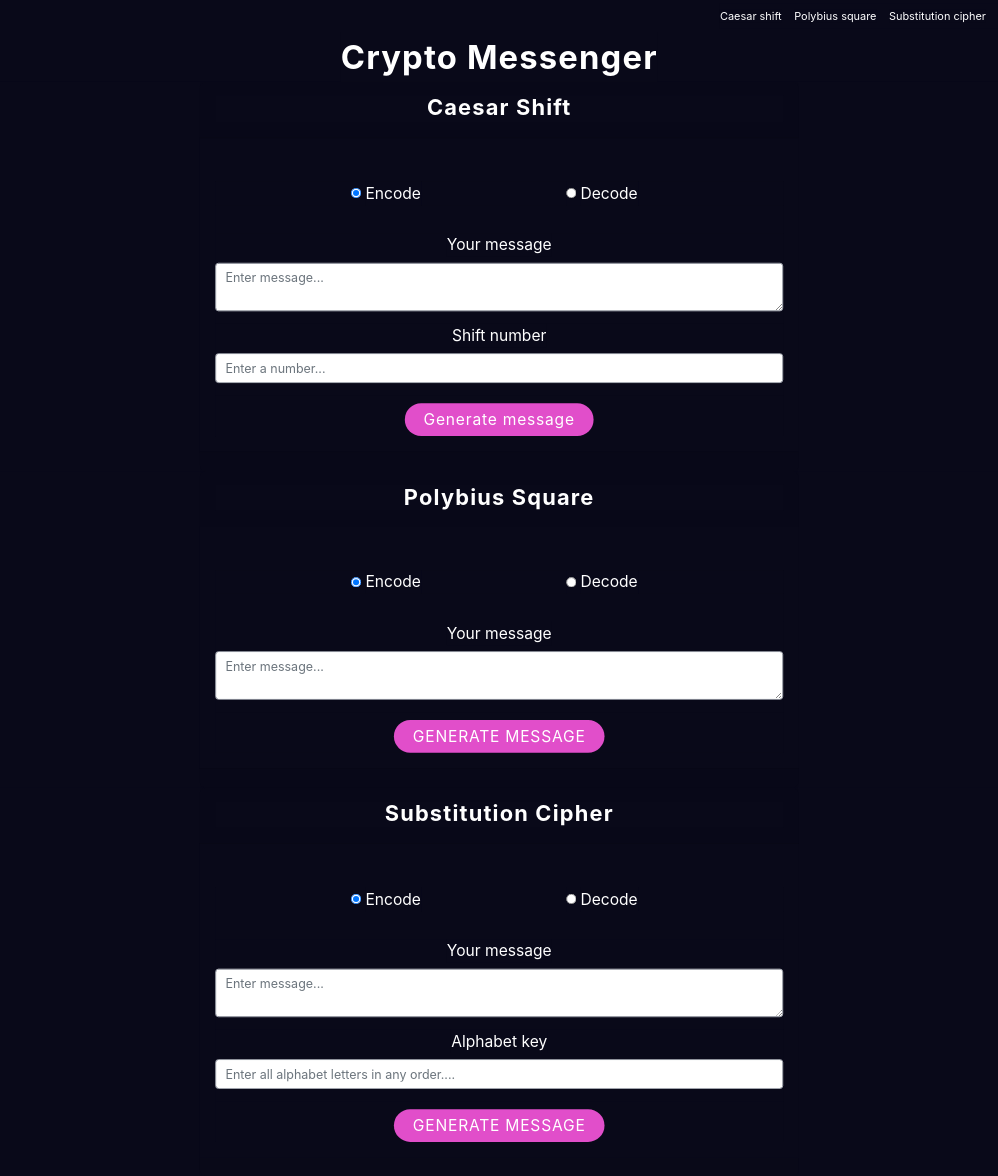
Repository: Rthompson2548/Project-Decoder-Ring
Page: index.html
An editor plug-in stored every save of this project. The page is shown before and after the next save, followed by the edit.
The browser window is 1280 px wide. The pictures show the whole page, at 78% of full size.

Above is the page before, as saved 2022-04-09 20:22:34.

### index.html
<!DOCTYPE html>
<html lang="en">

<head>
  <!-- Required meta tags -->
  <meta charset="utf-8" />
  <meta name="viewport" content="width=device-width, initial-scale=1, shrink-to-fit=no" />
  <link rel="icon" href="images/favicon.ico" />
  <link rel="stylesheet" type="text/css" href="index.css" />
  <link rel="stylesheet" href="https://stackpath.bootstrapcdn.com/bootstrap/4.5.2/css/bootstrap.min.css"
    integrity="sha384-JcKb8q3iqJ61gNV9KGb8thSsNjpSL0n8PARn9HuZOnIxN0hoP+VmmDGMN5t9UJ0Z" crossorigin="anonymous" />
<link rel="preconnect" href="https://fonts.googleapis.com">
<link rel="preconnect" href="https://fonts.gstatic.com" crossorigin>
<link href="https://fonts.googleapis.com/css2?family=Archivo&family=Montserrat&family=Work+Sans&display=swap"
  rel="stylesheet">
  <title>Crypto-Messenger</title>
</head>

<body>
  <header class="container-fluid border-0">
    <div class="nav-bar fixed-top">
      <div class="nav-bar">
        <a href="#caesar-shift"> <span class="nav-bar-item">
            Caesar shift
          </span> </a>
          <a href="#polybius-square"> <span class="nav-bar-item">
            Polybius square
          </span> </a>
          <a href="#substitution-cipher"> <span class="nav-bar-item">
            Substitution cipher
          </span> </a>
      </div>
    </div>
  </header>
  <main>
    <div class="header">
      <span class="page-title">
        Crypto Messenger
      </span>
      <!-- <p>Use ciphers to encode & decode messages</p> -->
      </div>

    <div class="page-content">
      <!-- Caesar Shift -->
      <section>
        <div class="language-card" id="caesar-shift">
          <div class="card-header">
            <h2 class="language-card-title">Caesar Shift</h2>
            </div>
            <div class="card-body">

            <form id="caesar">
<!-- encode/decode radio option buttons -->
              <div class="encode-decode-options">
                <!-- encode option radio button -->
                <div class="form-check form-check-inline">
                  <input class="form-check-input" type="radio" name="caesar-options" id="caesar-options-encode" value="encode" checked />

                  <label class="form-check-label" for="caesar-options-encode">
                    Encode
                  </label>

                </div>
<!-- decode option radio button -->
                <div class="form-check form-check-inline">
                  <input class="form-check-input" type="radio" name="caesar-options" id="caesar-options-decode" value="decode" />

                  <label class="form-check-label" for="caesar-options-decode">
                    Decode
                  </label>

                </div>
              </div>

              <div class="form-group">
                <label for="caesar-input">Your message</label>
                <textarea class="form-control" id="caesar-input" rows="2" placeholder="Enter message..."></textarea>
                </div>
                <div class="form-group">
                  <label for="caesar-shift">Shift number</label>
                  <input type="number" class="form-control" id="caesar-shift" placeholder="Enter a number..." />
                </div>
              <div class="submit-button-container">
                <button class="submit-button" type="submit">Generate message</button>
              </div>
            </form>
            </div>
          <div id="caesar-alert" class="alert alert-danger d-none" role="alert"> Something went wrong! Check your input
            and the shift amount and try again. </div>
          <div class="card-footer"><span class="font-weight-bold" id="caesar-output"></span> </div>
          </div>
          </section>
      <!-- Polybius -->
      <section>
        <div class="language-card" id="polybius-square">
          <div class="card-header">
            <h2 class="language-card-title">Polybius Square</h2>
            </div>
            <div class="card-body">
            <!-- <p class="language-card-description"> The Polybius Square is a cipher that is achieved by arranging a
              typical alphabet into a grid. Each letter is represented through a coordinate. For example, in the above
              table, the letter "B" would be represented by the numerical pair "21". </p> -->
            <form id="polybius">
              <div class="encode-decode-options">
                <div class="form-check form-check-inline">
                  <input class="form-check-input" type="radio" name="polybius-options" id="polybius-options-encode" value="encode"
                    checked />
                  <label class="form-check-label" for="polybius-options-encode">Encode</label>
                </div>
                <div class="form-check form-check-inline">
                  <input class="form-check-input" type="radio" name="polybius-options" id="polybius-options-decode" value="decode" />
                  <label class="form-check-label" for="polybius-options-decode">Decode</label>
                </div>
              </div>
              <div class="form-group">
                <label for="polybius-input">Your message</label>
                <textarea class="form-control" id="polybius-input" rows="2" placeholder="Enter message..."></textarea>
                </div>
              <div class="submit-button-container">
                <button class="submit-button" type="submit">GENERATE MESSAGE</button>
              </div>
            </form>
            </div>
          <div id="polybius-alert" class="alert alert-danger d-none" role="alert"> Something went wrong! Check your
            input and try again. </div>
          <div class="card-footer"><span class="font-weight-bold" id="polybius-output"></span> </div>
          </div>
          </section>
      <!-- Substitution -->
      <section id="substitution-cipher">
        <div class="language-card">
          <div class="card-header">
            <h2 class="language-card-title">Substitution Cipher</h2>
            </div>
            <div class="card-body">

            <form id="substitution">
              <div class="encode-decode-options">
                <div class="form-check form-check-inline">
                  <input class="form-check-input" type="radio" name="substitution-options" id="substitution-options-encode"
                    value="encode" checked />
                  <label class="form-check-label" for="substitution-options-encode">Encode</label>
                </div>
                <div class="form-check form-check-inline">
                  <input class="form-check-input" type="radio" name="substitution-options" id="substitution-options-decode"
                    value="decode" />
                  <label class="form-check-label" for="substitution-options-decode">Decode</label>
                </div>
              </div>
              <div class="form-group">
                <label for="substitution-input">Your message</label>
                <textarea class="form-control" id="substitution-input" rows="2" placeholder="Enter message..."></textarea>
                </div>
                <div class="form-group">
                  <label for="substitution-alphabet">Alphabet key</label>
                  <input type="text" class="form-control" id="substitution-alphabet" maxlength="26"
                    placeholder="Enter all alphabet letters in any order...." />
                </div>
              <div class="submit-button-container">
                <button class="submit-button" type="submit">GENERATE MESSAGE</button>
              </div>
            </form>
            </div>
          <div id="substitution-alert" class="alert alert-danger rounded-0 d-none" role="alert"> Something went wrong!
            Check your input and alphabet key. </div>
          <div class="card-footer border-0"><span class="font-weight-bold" id="substitution-output"></span> </div>
          </div>
          </section>
    </div>

  </main>
  <script src="./scripts/setup.js"></script>
  <script src="./src/caesar.js"></script>
  <script src="./src/polybius.js"></script>
  <script src="./src/substitution.js"></script>
  <script src="./scripts/caesar.js"></script>
  <script src="./scripts/polybius.js"></script>
  <script src="./scripts/substitution.js"></script>
</body>

</html>

### index.css
* {
  background-color: rgb(9 9 25);
  color: #fff;
  margin: 0;
  padding: 0;
}

html, body, #page {
    margin:0;
    padding:0;
    font-family: 'Montserrat', sans-serif;
}

input, textarea {
  font-size: 16px !important;
}

.page-content {
  align-items: center;
}

.page-title {
  color: #fff;
  font-size: 42px;
  font-weight: bold;
  display: flex;
  letter-spacing: 1.5px;
  justify-content: center;
  margin-top: 42px;
}

.nav-bar {
  display: flex;
  justify-content: center;
  padding: 4px 0;
}

.nav-bar-item {
  font-size: 14px;
  margin-right: 16px;
}

.header {
  display: flex;
  justify-content: center;
}

.encode-decode-options {
  display: flex;
  justify-content: space-evenly;
  margin: 36px 0;
  font-size: 15px;
}

section {
  text-align: center;
}

label {
  font-size: 20px;
}

.language-card {
  display: inline-block;
  width: 60%;
  color: #000;
  border: none;
  border-radius: 8px;
  margin: 0 10%;
}

.language-card-title {
  font-size: 28px !important;
  font-weight: bold;
  letter-spacing: 1.5px;
  margin-top: 5px;
}

.language-card-description {
  line-height: 1.5rem;
  letter-spacing: 0.5px;
  margin-bottom: 18px;
}

.submit-button-container {
  display: flex;
  justify-content: center;
}

.submit-button {
  background-color: rgb(225 78 202);
  border: none;
  color: #fff;
  border-radius: 25px;
  padding: 6px 24px;
  margin-top: 10px;
  font-size: 20px;
  letter-spacing: 1px;
}

@media (min-width: 1000px) {

  .page-content {

  }

  .nav-bar {
    justify-content: end;
  }

  .language-card-title {
    font-size: 16px;
  }

  .language-card-description {
    font-size: 12px;
  }


}

### src/caesar.js
const caesarModule = (function() {
    function caesar(input, shift, encode = true) {
        if (!shift || shift === 0 || shift < -25 || shift > 25) return false;
        /* create a variable that takes the input value and converts it to lower case letters so that all characters have the correct ascii values */
        let word = input.toLowerCase().split("");

        /** will subtract the shift value from the word if "decode" to return the original letters of the word */
        if (!encode) shift = 0 - shift;
        // create a variable that maps each letter of the word
        const message = word.map((letter) => {
            let asciiValue = letter.charCodeAt(0) - 97;
            if (asciiValue < 0 || asciiValue > 26) return letter;

            /* add the ascii code value of the letter to the
            shift argument value to convert  it to the right
            character */
            asciiValue += shift;

            /* if the character's value is less than the 'a' value,
            add 26 to it so that it wraps around the alphabet. */
            if (asciiValue < 0) asciiValue += 26;
            asciiValue = asciiValue % 26;

            /* why do we add the ascii value to 97, which is 'a', if
            we already added it's ascii value to shift? Isn't that how
            we encode the message? */

            asciiValue += 97;

            /* user String.fromCharCode to connect the ascii
            code message back to letter values */
            return String.fromCharCode(asciiValue);
        });

        /* join each new character together to create a full word */
        return message.join("");
    }


    return {
        caesar,
    };
})();

module.exports = {
    caesar: caesarModule.caesar
};

### src/polybius.js
const polybiusModule = (function() {
    function polybius(input, encode = true) {
        /* create a variable that takes the input message, converts it all to lowercase, and use split to return an array of each letter separated by a single comma */
        const split = input.toLowerCase().split("");
        /* create an array of every letter(s) in the polybius square. This array will be separated into multiple inner arrays of letters within the array according to their row */
        const polybiusSquare = [
            ["a", "b", "c", "d", "e"],
            ["f", "g", "h", "(i/j)", "k"],
            ["l", "m", "n", "o", "p"],
            ["q", "r", "s", "t", "u"],
            ["v", "w", "x", "y", "z"],
        ];
        /* create an if statement for what to do if the inputted message should be encoded */
        if (encode) {
            /* create a variable that uses map method on the lowercase message */
            const codedMessage = split.map((letter) => {
                /* create a variable that takes each character from the inputted message array and converts it into it's unicode value. */
                const asciiLetterValue = letter.charCodeAt(0);
                /* use an if statement to return only characters between
                   lowercase 'a' and 'z' ascii values, as well as checking that
                   the character is not a space  */
                if ((asciiLetterValue < 97 || asciiLetterValue > 122) && asciiLetterValue != 32) return;
                /* run a for loop through the polybius square array */
                for (let i = 0; i < polybiusSquare.length; i++) {
                    /* run a for loop within that for loop through each inner array */
                    for (let j = 0; j < polybiusSquare[i].length; j++) {
                        if (polybiusSquare[i][j] === letter) return `${j + 1}${i + 1}`;
                        if (letter === "i" || letter === "j") return "42";
                        if (letter === " ") return " ";
                    }
                }
            });
            /* return the variable that split and lower case'd the original message argument */
            return codedMessage.join("");
        }

        /* decode */

        /* set a variable as an empty string to hold decoded message */
        let codedMessage = "";
        /* run a for loop through the message array, but increment i by 2, because each encoded character amounts to 2 number values */
        for (let i = 0; i < split.length; i += 2) {
            /* create an if statement that checks if the value in the message is a space */
            if (split[i] === " ") {
                /* if the value is true, then add a space string to the decoded message string */
                codedMessage += " ";
                /* switch incrementor to go back one "a" value in order to not include the next number in the string */
                i--;
                /* run a continue statement, which will terminate the i-1 incrementor and return back to a+=2 for the next numbers in the string*/
                continue;
            }
            if (!split[i + 1]) return false; // invalid number of characters
            codedMessage += polybiusSquare[split[i + 1] - 1][split[i] - 1];
        }
        // return the coded message

        return codedMessage;
    }

    return {
        polybius,
    };
})();

module.exports = {
    polybius: polybiusModule.polybius
};

### src/substitution.js
const substitutionModule = (function () {
/* helper function for message and both alphabet strings */
    function mapInput(message, alphabetA, alphabetB) {

        /* use the map method on the input message */
        return message.map((letter) => {
            const index = alphabetA.indexOf(letter);
            /* if statement that returns any characters that
             were not found in the string */
            if (index === -1) return letter;
            return alphabetB[index];
        });
    }

  function substitution(input, alphabet, encode = true) {
        if (!alphabet || alphabet.length != 26) return false;

        /* variable that takes the correct alphabet
        string and returns an array of the letters, separated by a comma */
        const abc = "abcdefghijklmnopqrstuvwxyz".split("");

        /* variable that takes the alphabet argument and
        returns it in lower case, separated by commas */
        const splitAlphabet = alphabet.toLowerCase().split("");

        /* variable that takes the message argument,
        and returns it converted to lower case and separated
        by commas */
        const message = input.toLowerCase().split("");

        /* use a nested for loop to compare the characters
          in the alphabet argument to check for uniqueness */
        for (let i = 0; i < splitAlphabet.length; i++) {
            for (let j = i + 1; j < splitAlphabet.length; j++) {
                if (splitAlphabet[i] === splitAlphabet[j]) return false;
            }
        }

        if (encode) return mapInput(message, abc, splitAlphabet).join("");
        return mapInput(message, splitAlphabet, abc).join("");
}

  return {
    substitution,
  };
})();

module.exports = { substitution: substitutionModule.substitution };

### scripts/caesar.js
function caesarRenderer() {

  const form = document.querySelector("#caesar");

  form.addEventListener("submit", (event) => {
    event.preventDefault();

    /** grabs input value via the textarea's id */
    const input = event.target["caesar-input"].value;

    /** direction will be either "encode" or "decode" */
    const direction = event.target["caesar-options"].value;

    /** grabs the value of the shift number input (aka the number to shift the message by) */
    const shift = event.target["caesar-shift"].value;

    /** sets the value of the shift in integer form */
    const result =
      direction === "encode"
        ? caesarModule.caesar(input, Number(shift))
        : caesarModule.caesar(input, Number(shift), false);

    const alert = document.querySelector("#caesar-alert");

    if (result) {
      alert.classList.add("d-none");
      const output = document.querySelector("#caesar-output");
      output.innerHTML = result;
    } else {
      alert.classList.remove("d-none");
    }
  });
}

document.addEventListener("DOMContentLoaded", caesarRenderer);

### scripts/polybius.js
function polybiusRenderer() {
  const form = document.querySelector("#polybius");
  form.addEventListener("submit", (event) => {
    event.preventDefault();

    const input = event.target["polybius-input"].value;
    const direction = event.target["polybius-options"].value;
    const result =
      direction === "encode"
        ? polybiusModule.polybius(input)
        : polybiusModule.polybius(input, false);

    const alert = document.querySelector("#polybius-alert");
    if (result) {
      alert.classList.add("d-none");
      const output = document.querySelector("#polybius-output");
      output.innerHTML = result;
    } else {
      alert.classList.remove("d-none");
    }
  });
}

document.addEventListener("DOMContentLoaded", polybiusRenderer);

### scripts/substitution.js
function substitutionRenderer() {
  const form = document.querySelector("#substitution");
  form.addEventListener("submit", (event) => {
    event.preventDefault();

    const input = event.target["substitution-input"].value;
    const direction = event.target["substitution-options"].value;
    const alphabet = event.target["substitution-alphabet"].value;
    const result =
      direction === "encode"
        ? substitutionModule.substitution(input, alphabet)
        : substitutionModule.substitution(input, alphabet, false);

    const alert = document.querySelector("#substitution-alert");
    if (result) {
      alert.classList.add("d-none");
      const output = document.querySelector("#substitution-output");
      output.innerHTML = result;
    } else {
      alert.classList.remove("d-none");
    }
  });
}

document.addEventListener("DOMContentLoaded", substitutionRenderer);

Loaded but not shown: scripts/setup.js (common file)

After the next save:
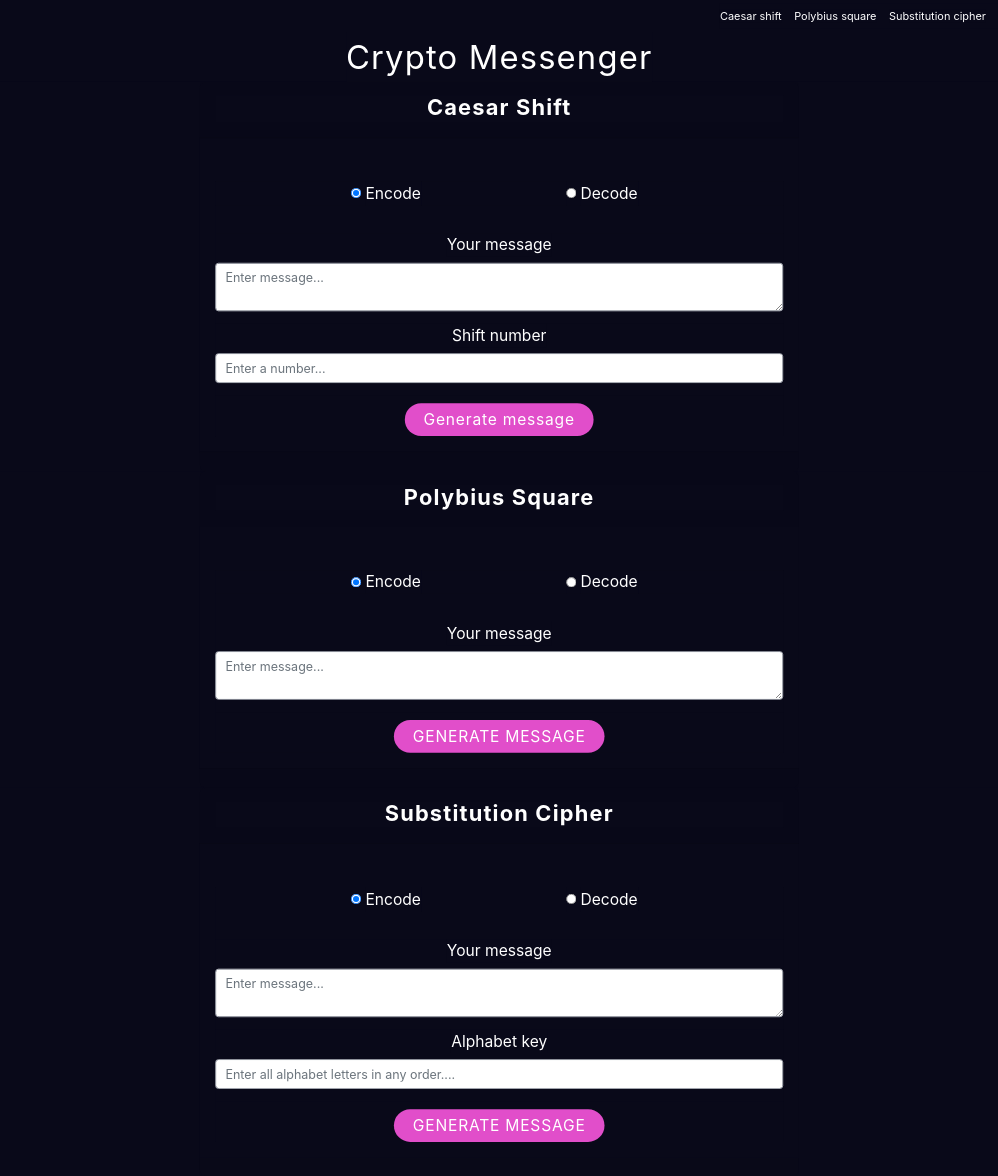
Saved 9 s later.
--- a/index.css
+++ b/index.css
@@ -22,7 +22,7 @@ input, textarea {
 .page-title {
   color: #fff;
   font-size: 42px;
-  font-weight: bold;
+  font-weight: medium;
   display: flex;
   letter-spacing: 1.5px;
   justify-content: center;
